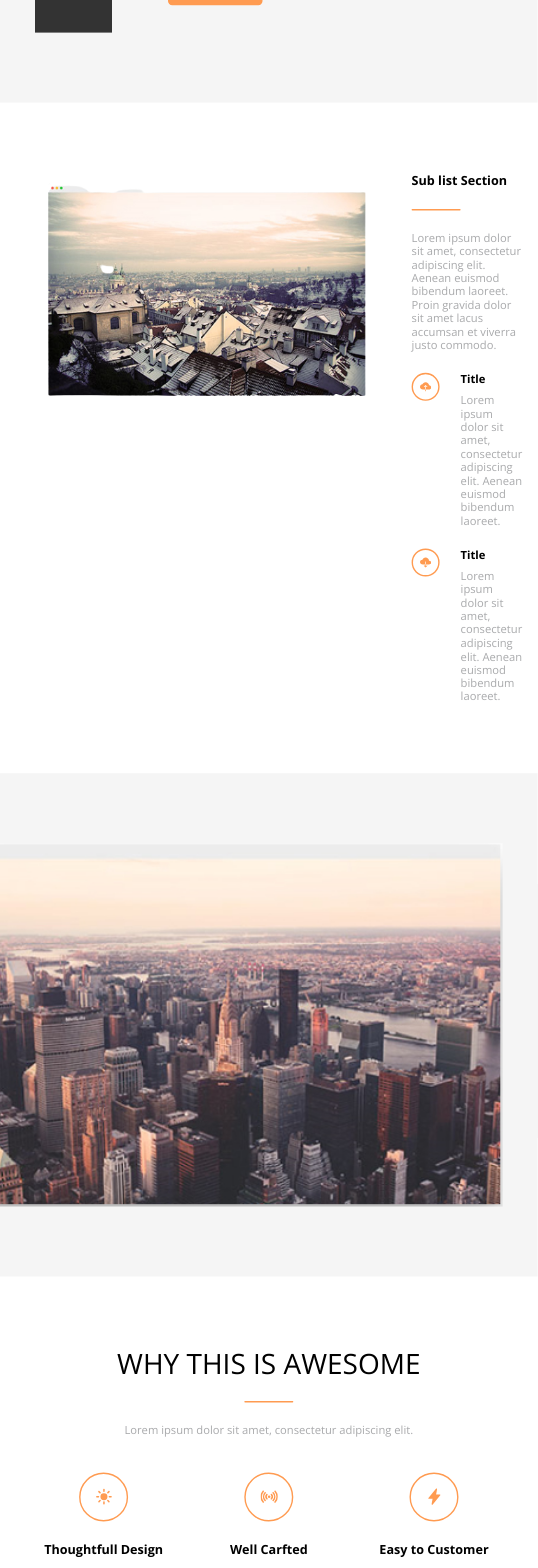
Repository: dinhtri123/axureThems
Page: index.html
The author's editor kept a copy of each file at every save. The page is drawn from the files as they stood at one save, then again after a run of saves.
The browser window is 768 px wide. The pictures show the part of the page from y = 1641 to 3881 px (the page is 5195 px tall before and 5159 px after), at 70% of full size.

Above is the page before, as saved 2023-02-11 19:11:52.

### index.html
<!DOCTYPE html>
<html lang="en">
  <head>
    <meta charset="UTF-8" />
    <meta http-equiv="X-UA-Compatible" content="IE=edge" />
    <meta name="viewport" content="width=device-width, initial-scale=1.0" />
    <title>Axure Themes</title>
    <script
      type="module"
      src="https://unpkg.com/ionicons@5.5.2/dist/ionicons/ionicons.esm.js"
    ></script>
    <script
      nomodule
      src="https://unpkg.com/ionicons@5.5.2/dist/ionicons/ionicons.js"
    ></script>
    <link rel="stylesheet" href="style.css" />
  </head>
  <body>
    <header>
      <div class="container headerMain">
        <a href="index.html" class="logo">
          <span>AX</span>
          <span>IT</span>
        </a>
        <nav>
          <ul>
            <li><a href="#">Features</a></li>
            <li><a href="#">About</a></li>
            <li><a href="#">Pricing</a></li>
            <li><a href="#">Reviews</a></li>
            <li><a href="#">Contact</a></li>
          </ul>
        </nav>
      </div>
    </header>
    <div class="banner">
      <div class="imageBanner">
        <img src="./image/banner.jpeg" alt="" />
      </div>
      <div class="container bannerMain">
        <div class="bannerLeft">
          <a href="index.html" class="logo logoBanner">
            <span>AX</span>
            <span>IT</span>
          </a>
          <h3>MODERN AXURE TEMPLATE FOR BEAUTIFUL PROTOTYPES</h3>
          <span class="line"></span>
          <p>
            Lorem ipsum dolor sit amet, consectetur adipiscing elit. Aenean
            euismod bibendum laoreet. Proin gravida dolor sit amet lacus
            accumsan et viverra justo commodo.
          </p>
          <button class="btn">Download</button>
        </div>
        <div class="bannerRight">
          <form autocomplete="off" class="formBanner">
            <h3>Try Your <span>FREE</span> Trial Today</h3>
            <div class="inputForm">
              <input type="text" name="name" id="name" placeholder="Name" />
              <input type="email" name="email" id="email" placeholder="Email" />
              <input
                type="password"
                name="password"
                id="password"
                placeholder="Password"
              />
            </div>
            <button class="btnForm">Get Started</button>
          </form>
        </div>
      </div>
    </div>
    <main>
      <div class="mainTabs">
        <div class="container mainTabsContent">
          <div class="tabsLeft">
            <div class="tabsNumber">
              <span class="tabs active" onclick="showTab(event,'tab1')">TAB 1</span>
              <span class="tabs" onclick="showTab(event,'tab2')">TAB 2</span>
              <span class="tabs" onclick="showTab(event,'tab3')">TAB 3</span>
            </div>
            <div class="tabsContent" id="tab1">
              <h3>Tabs with soft transitioning effect.</h3>
              <p>
                Lorem ipsum dolor sit amet, consectetur adipiscing elit. Aenean
                euismod bibendum laoreet. Proin gravida dolor sit amet lacus
                accumsan et viverra justo commodo. Proin sodales pulvinar
                tempor. Cum sociis natoque penatibus et magnis dis parturient
                montes.
              </p>
              <p>
                Lorem ipsum dolor sit amet, consectetur adipiscing elit. Aenean
                euismod bibendum laoreet.
              </p>
              <button class="btn btnTabs">Download</button>
            </div>
            <div class="tabsContent" id="tab2">
                <h3>Tabs 2 with soft transitioning effect.</h3>
                <p>
                  Lorem ipsum dolor sit amet, consectetur adipiscing elit. Aenean
                  euismod bibendum laoreet. Proin gravida dolor sit amet lacus
                  accumsan et viverra justo commodo. Proin sodales pulvinar
                  tempor. Cum sociis natoque penatibus et magnis dis parturient
                  montes.
                </p>
                <p>
                  Lorem ipsum dolor sit amet, consectetur adipiscing elit. Aenean
                  euismod bibendum laoreet.
                </p>
                <button class="btn btnTabs">Download</button>
              </div>
              <div class="tabsContent" id="tab3">
                <h3>Tabs 3 with soft transitioning effect.</h3>
                <p>
                  Lorem ipsum dolor sit amet, consectetur adipiscing elit. Aenean
                  euismod bibendum laoreet. Proin gravida dolor sit amet lacus
                  accumsan et viverra justo commodo. Proin sodales pulvinar
                  tempor. Cum sociis natoque penatibus et magnis dis parturient
                  montes.
                </p>
                <p>
                  Lorem ipsum dolor sit amet, consectetur adipiscing elit. Aenean
                  euismod bibendum laoreet.
                </p>
                <button class="btn btnTabs">Download</button>
              </div>
          </div>
          <div class="tabsRight">
            <img src="./image/img.png" alt="" />
          </div>
        </div>
      </div>
      <div class="mainSublist">
        <div class="container sublistMain">
          <div class="subLeft">
            <img src="./image/img2.png" alt="" />
          </div>
          <div class="subRight">
            <h3>Sub list Section</h3>
            <span class="line lineSub"></span>
            <p>
              Lorem ipsum dolor sit amet, consectetur adipiscing elit. Aenean
              euismod bibendum laoreet. Proin gravida dolor sit amet lacus
              accumsan et viverra justo commodo.
            </p>
            <div class="subDesc">
                <div class="ionicon">
                    <div class="icon">
                      <ion-icon name="cloud-upload"></ion-icon>
                    </div>
                </div>
              <div class="subDescItem">
                <h4>Title</h4>
                <p>
                  Lorem ipsum dolor sit amet, consectetur adipiscing elit.
                  Aenean euismod bibendum laoreet.
                </p>
              </div>
            </div>
            <div class="subDesc">
                <div class="ionicon">
                    <div class="icon">
                      <ion-icon name="cloud-download"></ion-icon>
                    </div>
                </div>
              <div class="subDescItem">
                <h4>Title</h4>
                <p>
                  Lorem ipsum dolor sit amet, consectetur adipiscing elit.
                  Aenean euismod bibendum laoreet.
                </p>
              </div>
            </div>
          </div>
        </div>
      </div>
      <div class="mainSection">
        <div class="container sectionContent">
          <div class="sectionLeft">
            <h3>Standard Picture Section</h3>
            <span class="line sectionLine"></span>
            <p>
              Lorem ipsum dolor sit amet, consectetur adipiscing elit. Aenean
              euismod bibendum laoreet. Proin gravida dolor sit amet lacus
              accumsan et viverra justo commodo. Proin sodales pulvinar tempor.
              Cum sociis natoque penatibus et magnis dis parturient montes.
            </p>
            <p>
              Lorem ipsum dolor sit amet, consectetur adipiscing elit. Aenean
              euismod bibendum laoreet.
            </p>
          </div>
          <div class="sectionRight">
            <img src="./image/img4.jpg" alt="" />
          </div>
        </div>
      </div>
      <div class="mainAwesome">
        <div class="container awesomeContent">
          <h2>WHY THIS IS AWESOME</h2>
          <span class="line lineSub"></span>
          <p>Lorem ipsum dolor sit amet, consectetur adipiscing elit.</p>
          <div class="awesomeItems">
            <div class="awesomeCard">
              <div class="icon iconAwesome">
                <ion-icon name="sunny"></ion-icon>
              </div>
              <h3>Thoughtfull Design</h3>
              <p>
                Lorem ipsum dolor sit amet, consectetur adipiscing elit. Aenean
                euismod bibendum laoreet. Proin gravida dolor sit amet lacus
                accumsan et viverra.
              </p>
            </div>
            <div class="awesomeCard">
              <div class="icon iconAwesome">
                <ion-icon name="radio"></ion-icon>
              </div>
              <h3>Well Carfted</h3>
              <p>
                Lorem ipsum dolor sit amet, consectetur adipiscing elit. Aenean
                euismod bibendum laoreet. Proin gravida dolor sit amet lacus
                accumsan et viverra.
              </p>
            </div>
            <div class="awesomeCard">
              <div class="icon iconAwesome">
                <ion-icon name="flash"></ion-icon>
              </div>
              <h3>Easy to Customer</h3>
              <p>
                Lorem ipsum dolor sit amet, consectetur adipiscing elit. Aenean
                euismod bibendum laoreet. Proin gravida dolor sit amet lacus
                accumsan et viverra.
              </p>
            </div>
          </div>
        </div>
      </div>
      <div class="mainStylish">
        <div class="stylishBanner">
          <img src="./image/banner12.jpeg" alt="" />
        </div>
        <div class="container stylishContent">
          <h2 class="stylishTitle">STYLISH AXURE DESIGN</h2>
          <span class="line"></span>
          <p>Use the sections you need, remove the ones you don't.  Create gorgeous prototypes faster than ever!</p>
          <button class="btn">Download</button>
        </div>
      </div>
      <div class="mainContact">
        <div class="container contactContent">
            <h2>CONTACT US</h2>
            <span class="line lineSub"></span>
            <p>Lorem ipsum dolor sit amet, consectetur adipiscing elit.</p>
            <div class="contactForm">
                <div class="contactLeft">

                    <input type="text" name="name" id="name" placeholder="Name" />
                  <input type="email" name="email" id="email" placeholder="Email" />
                  <input
                    type="text"
                    name="subject"
                    id="subject"
                    placeholder="Subject"
                  />
                </div>
                <div class="contactRight">
                    <textarea name="message" id="message" placeholder="Message"></textarea>
                </div>
            </div>
            <button class="btn btnContact">Send Message</button>
        </div>
      </div>
    </main>
    <footer>
            <div class="container footerMain">
                <div class="iconSocial">
                <ion-icon name="logo-facebook"></ion-icon>
                <ion-icon name="logo-twitter"></ion-icon>
                <ion-icon name="logo-google"></ion-icon>
                <ion-icon name="logo-pinterest"></ion-icon>
                <ion-icon name="logo-instagram"></ion-icon>
                <ion-icon name="logo-rss"></ion-icon>
                </div>
                <p>@2021 Axure Themes</p>
            </div>
    </footer>
  </body>
  <script src="./index.js"></script>
</html>

### style.css
@import url("https://fonts.googleapis.com/css2?family=Open+Sans:wght@400;500;600;700&display=swap");
* {
  margin: 0;
  padding: 0;
  box-sizing: border-box;
  scroll-behavior: smooth;
}
:root {
  --bg-black: #000;
  --bg-white: #fff;
  --bg-orange: #ff9b51;
  --bg-light: #f5f5f5;
  --bg-gray: #dfdfdf;
  --bg-text: #a9aaac;
}
body {
  font-family: "Open Sans", sans-serif;
  font-weight: 400;
  font-size: 16px;
  line-height: 1.2;
  width: 100%;
  max-height: 100vh;
  height: 100%;
  color: var(--bg-white);
}
button,
a,
input {
  cursor: pointer;
  text-decoration: none;
  border: none;
  outline: none;
}
.container {
  max-width: 1100px;
  width: 100%;
  height: 100%;
  margin: 0px auto;
}

header {
  width: 100%;
  height: 70px;
  background: var(--bg-black);
}
.headerMain {
  display: flex;
  justify-content: space-between;
  align-items: center;
}
.logo {
  display: flex;
  text-decoration: none;
  font-size: 30px;
}
.logo span:first-child {
  font-weight: 700;
  color: var(--bg-white);
}
.logo span:last-child {
  font-weight: 400;
  color: var(--bg-orange);
}
nav ul {
  display: flex;
  align-items: center;
  gap: 40px;
  list-style: none;
}
nav ul li a {
  text-decoration: none;
  color: var(--bg-white);
}

/* --------------------- */

/* --------BANNER------------ */

.banner {
  width: 100%;
  background: var(--bg-black);
  position: relative;
}
.imageBanner {
  position: absolute;
  inset: 0;
  width: 100%;
  height: 100%;
  z-index: 0;
  filter: brightness(0.5);
}
.imageBanner img {
  width: 100%;
  height: 100%;
  object-fit: cover;
}
.bannerMain {
  padding: 100px 0px;
  display: grid;
  grid-template-columns: repeat(2, 1fr);
  gap: 50px;
  z-index: 10;
  isolation: isolate;
}
.bannerLeft {
  display: flex;
  flex-direction: column;
  gap: 30px;
}
.bannerRight {
  display: flex;
  justify-content: end;
  align-items: center;
}

.logoBanner {
  font-size: 60px;
}
.bannerLeft > h3 {
  font-size: 35px;
  font-weight: 300;
}
.line {
  width: 70px;
  height: 2px;
  background-color: var(--bg-white);
  border-radius: 8px;
}

.btn {
  width: 135px;
  height: 45px;
  border: 2px solid var(--bg-white);
  display: flex;
  justify-content: center;
  align-items: center;
  font-weight: 600;
  background: transparent;
  color: var(--bg-white);
}

.formBanner {
  width: 360px;
  height: 360px;
  border-radius: 6px;
  background: var(--bg-white);
  display: flex;
  flex-direction: column;
  justify-content: space-between;
  align-items: center;
  overflow: hidden;
}
.formBanner > h3 {
  width: 100%;
  height: 55px;
  font-size: 22px;
  color: var(--bg-black);
  font-weight: 700;
  background: var(--bg-light);
  display: flex;
  justify-content: center;
  align-items: center;
}
.formBanner > h3 > span {
  color: var(--bg-orange);
  padding: 0px 10px;
}
.inputForm {
  width: 100%;
  height: 250px;
  padding: 0px 50px;
  display: flex;
  flex-direction: column;
  justify-content: center;
  gap: 20px;
}
input {
  border: none;
  border-bottom: 2px solid var(--bg-light);
  padding: 0px 10px;
  width: 100%;
  height: 40px;
  outline: none;
}
input::placeholder {
  color: var(--bg-text);
}
.btnForm {
  width: 100%;
  height: 55px;
  background: var(--bg-orange);
  display: flex;
  justify-content: center;
  align-items: center;
  font-weight: 600;
  color: var(--bg-white);
  border: none;
  outline: none;
  font-size: 17px;
}
/* -------------------------- */

/* -----main------- */

.mainTabs {
  width: 100%;
  background: var(--bg-light);
}

.mainTabsContent {
  width: 100%;
  padding: 100px 0px;
  color: var(--bg-black);
  display: grid;
  grid-template-columns: 2fr 1fr;
  gap: 50px;
}
.tabsLeft {
  display: flex;
  gap: 80px;
}

.tabsNumber {
  display: flex;
  flex-direction: column;
}
.tabsNumber .tabs {
  width: 110px;
  height: 110px;
  display: flex;
  justify-content: center;
  align-items: center;
  color: var(--bg-white);
  background: #333333;
  cursor: pointer;
  font-weight: 600;
}
.tabsNumber span:nth-child(2) {
  border-top: 2px solid var(--bg-light);
  border-bottom: 2px solid var(--bg-light);
}

.tabsContent {
  display: flex;
  gap: 30px;
  flex-direction: column;
}

.tabsContent p {
  color: var(--bg-text);
}
.btnTabs {
  background: var(--bg-orange);
  border: none;
  border-radius: 6px;
}
.lineSub {
  background: var(--bg-orange);
}

.sublistMain {
  width: 100%;
  padding: 100px 0px;
  display: grid;
  grid-template-columns: 1fr 1fr;
  gap: 50px;
}

.subRight {
  display: flex;
  flex-direction: column;
  gap: 30px;
  color: var(--bg-black);
}
h3 {
  font-size: 18px;
}
.subRight p {
  color: var(--bg-text);
}

.subDesc {
  display: flex;
  gap: 30px;
}
.ionicion{
  width:60px;
}
.icon {
  width: 40px;
  height: 40px;
  border: 2px solid var(--bg-orange);
  display: flex;
  justify-content: center;
  align-items: center;
  color: var(--bg-orange);
  border-radius: 50%;
}
.subDescItem {
  display: flex;
  flex-direction: column;
  gap: 10px;
}
.subDescItem > p {
  color: var(--bg-text);
}

.mainSection {
  width: 100%;
  background: var(--bg-light);
}
.sectionContent {
  width: 100%;
  padding: 100px 0px;
  display: grid;
  grid-template-columns: 1fr 1fr;
  gap: 50px;
}
.sectionLeft {
  display: flex;
  flex-direction: column;
  gap: 30px;
  color: var(--bg-black);
}
.sectionLine {
  background-color: var(--bg-orange);
}
.sectionLeft p {
  color: var(--bg-text);
}
.sectionRight {
  display: flex;
  justify-content: end;
}

.awesomeContent {
  width: 100%;
  padding: 100px 0px;
  display: flex;
  flex-direction: column;
  align-items: center;
  gap: 30px;
  color: var(--bg-black);
}
h2 {
  font-size: 40px;
  font-weight: 400;
}
.awesomeContent p {
  color: var(--bg-text);
  text-align: center;
}
.iconAwesome {
  width: 70px;
  height: 70px;
  font-size: 25px;
}
.awesomeItems {
  display: grid;
  grid-template-columns: repeat(3, 1fr);
  gap: 40px;
  margin-top: 20px;
}
.awesomeCard {
  display: flex;
  flex-direction: column;
  gap: 30px;
  align-items: center;
}

.mainStylish {
  position: relative;
  width: 100%;
}
.stylishBanner {
  position: absolute;
  inset: 0;
  width: 100%;
  height: 100%;
  filter: brightness(0.5);
  z-index: -1;
}
.stylishBanner img {
  width: 100%;
  height: 100%;
  object-fit: cover;
}
.stylishContent {
  display: flex;
  flex-direction: column;
  gap: 30px;
  align-items: center;
  padding: 80px 0px;
}
.stylishTitle {
  color: var(--bg-white);
}
.stylishContent p {
  color: var(--bg-text);
}

.contactContent {
  width: 100%;
  padding: 100px 0px;
  display: flex;
  flex-direction: column;
  gap: 30px;
  align-items: center;
}

.contactContent p {
  color: var(--bg-text);
}
.contactForm {
  width: 100%;
  display: grid;
  grid-template-columns: 1fr 1fr;
  gap: 50px;
}
.contactLeft {
  display: flex;
  flex-direction: column;
  gap: 20px;
}
.contactContent h2 {
  color: var(--bg-black);
}

textarea {
  width: 100%;
  height: 100%;

  border: none;
  outline: none;
  border-bottom: 2px solid var(--bg-light);
  padding: 5px 10px;
}
textarea::placeholder {
  font-size: 16px;
  color: var(--bg-text);
}
.btnContact {
  background: var(--bg-orange);
  font-weight: 500;
  border-radius: 6px;
  margin: auto;
}

/* ---------- */

footer {
  width: 100%;
  background: var(--bg-black);
}
.footerMain {
  padding: 20px 0px;
  display: flex;
  flex-direction: column;
  align-items: center;
  gap: 10px;
}
.iconSocial {
  display: flex;
  gap: 20px;
  align-items: center;
  color: var(--bg-text);
  font-size: 20px;
  cursor: pointer;
}
footer p {
  font-size: 14px;
  color: var(--bg-text);
}
.tabs.active {
  background-color: var(--bg-orange);
}
#tab2, #tab3 {
  display: none;
}
#tab1 {
  display: flex;
}



/* -----responsive------------ */

@media screen and (max-width: 1100px) {
  .container{
   padding-left:50px;
   padding-right:50px;
  }
}
@media screen and (max-width:999px) {
  .mainTabsContent{
    display:flex;
    flex-direction: column-reverse;
  }
  .tabsRight{
    width:70%;
    margin:auto;
  }
  .tabsRight img{
    width:100%;
  }
  .sublistMain{}
}

### index.js

const tabs = document.querySelectorAll(".tabs");
const tabsContent = document.querySelectorAll(".tabsContent");
function showTab(e, content) {
  console.log(tabsContent)
  for (let i = 0;i < tabsContent.length; i++) {
    tabsContent[i].style.display = "none";
  }
  for (let i = 0; i < tabs.length; i++) {
    tabs[i].className = tabs[i].className.replace("active", " ");
  }
  document.getElementById(content).style.display = "flex";
    e.target.className += " active";
}

After the next 2 saves:
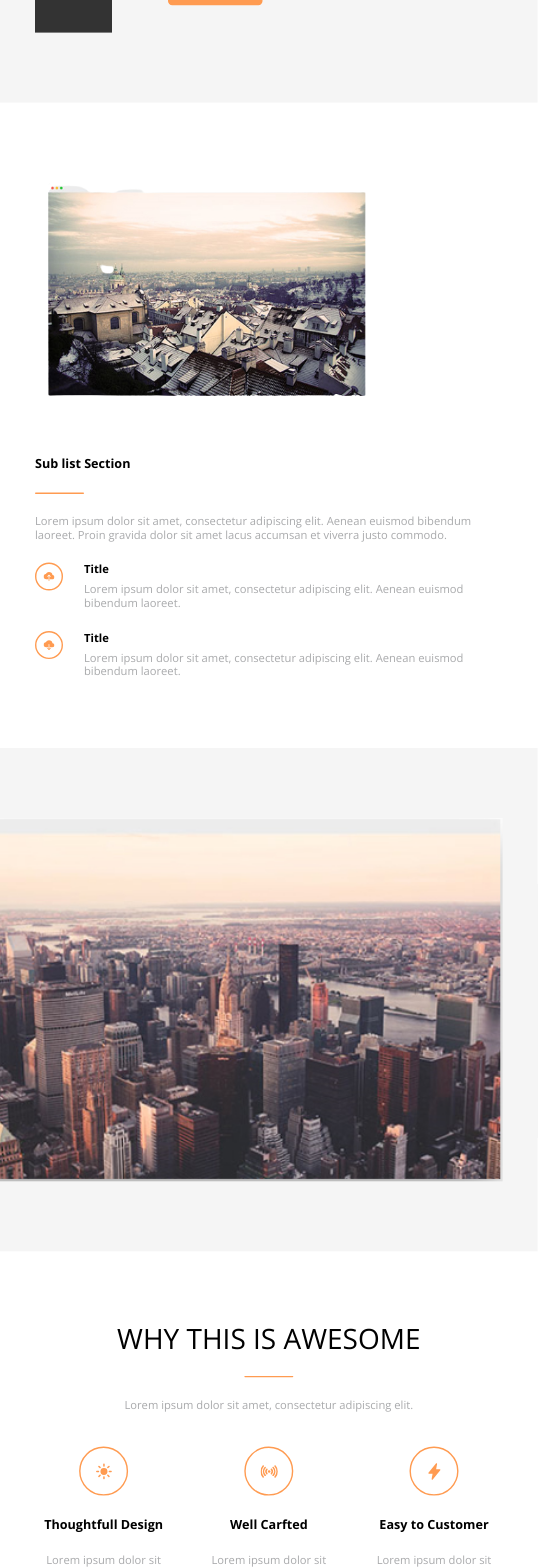
The 2 saves are shown as one change because they came seconds apart.
The last was saved 7 s later.
--- a/style.css
+++ b/style.css
@@ -503,5 +503,8 @@ footer p {
   .tabsRight img{
     width:100%;
   }
-  .sublistMain{}
-}
+  .sublistMain{
+    display:flex;
+    flex-direction: column;
+  }
+}
